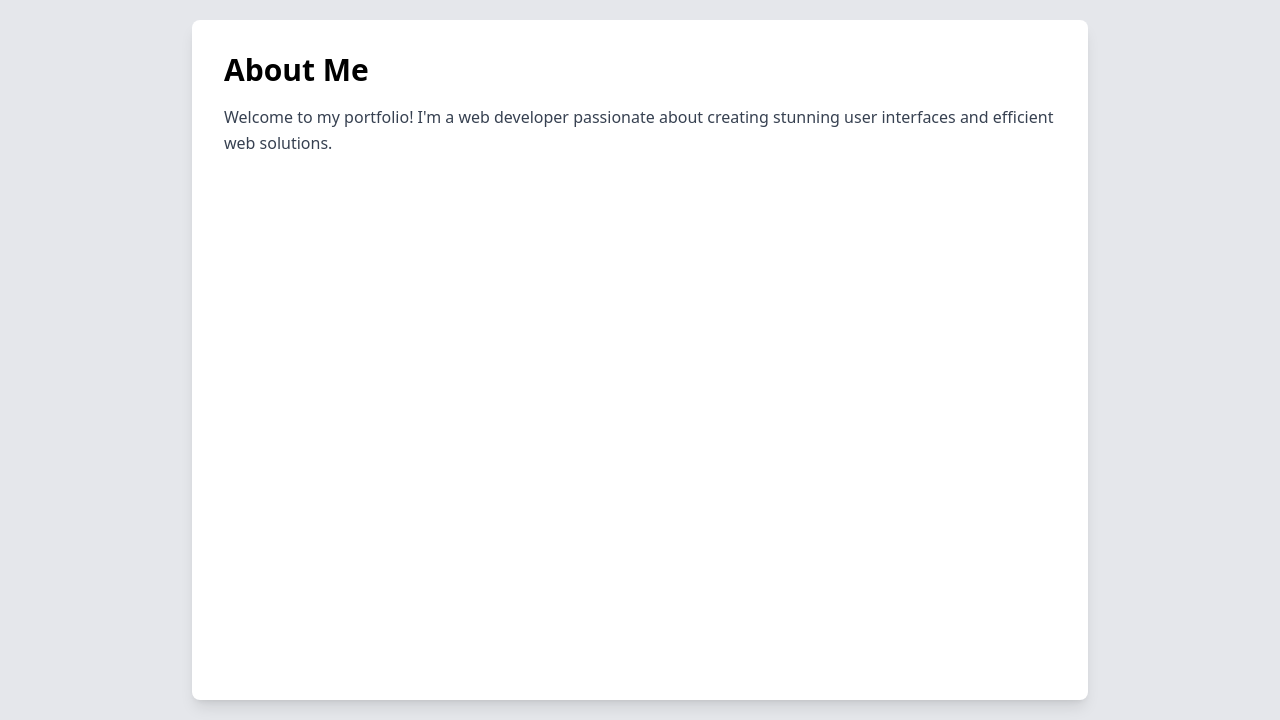
Repository: NikuMoradi/niku-moradi
Page: /
The author's editor kept a copy of each file at every save. The page is drawn from the files as they stood at one save, then again after the next save.
The browser window is 1280 px wide. The pictures show the whole page.
The project was rebuilt for these pictures with package versions that can differ from the ones it lists, and the page was loaded fresh each time. The framework's server and built-in components were replaced by stand-ins that run in the browser. Also part of the build but not shown: nuxt.config.ts, components/Blog Posts/Component-Design.vue, components/Blog.vue, components/Contact.vue, components/Education.vue, components/Experience.vue, components/Hero.vue, components/LeftPanel.vue and 4 more.

Above is the page before, as saved 2024-11-29 09:04:02.

### assets/css/main.css
@tailwind base;
@tailwind components;
@tailwind utilities;

body {
  /* From https://css.glass */
  background: #ffffff;
}

@layer utilities {
  .panel-bg {
    background-color: blanchedalmond;
  }
}

### layouts/default.vue
<template>
  <div class="flex justify-center items-center min-h-screen bg-gray-200 px-4">
    <!-- Fixed Width Centered Card -->
    <div
      class="bg-white rounded-lg shadow-lg w-full max-w-4xl overflow-hidden"
      style="height: calc(100vh - 40px)"
    >
      <!-- Scrollable Content -->
      <div class="overflow-y-auto h-full">
        <NuxtPage />
      </div>
    </div>
  </div>
</template>

<style>
/* Add any custom global styles here */
body {
  background: linear-gradient(to bottom, #f0f0f0, #d0d0d0);
}
</style>

### app.vue
<!-- The app.vue is just holding the layout container and serving as the root.
 The default.vue layout handles the overall structure of the page.
All content from your pages will automatically be placed inside the NuxtPage slot of the layout.-->
<template>
  <NuxtLayout />
</template>

### pages/index.vue
<template>
  <div class="p-8">
    <h1 class="text-3xl font-bold mb-4">About Me</h1>
    <p class="text-gray-700 leading-relaxed">
      Welcome to my portfolio! I'm a web developer passionate about creating
      stunning user interfaces and efficient web solutions.
    </p>
  </div>
</template>

Loaded but not shown: tailwind.config.js (common file); plugins/aos.client.js (no copy from this time; the picture is the same without it)

After the next save:
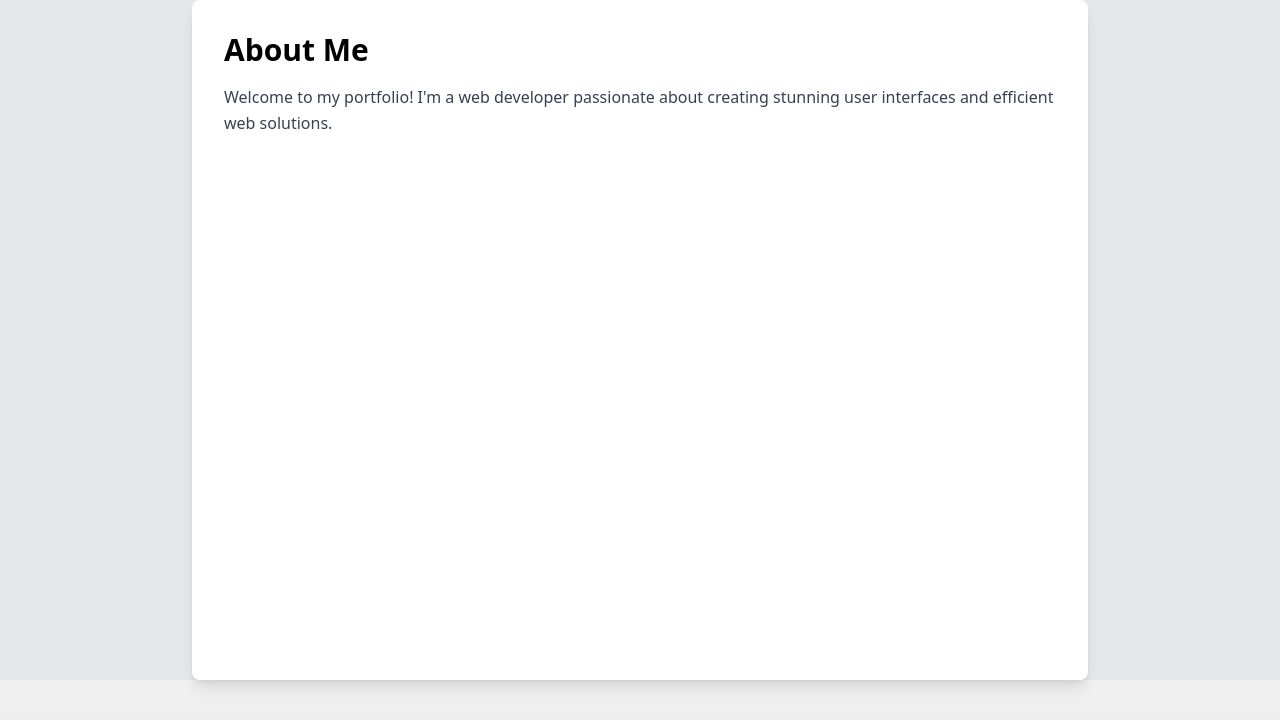
Saved 2 min 13 s later.
--- a/layouts/default.vue
+++ b/layouts/default.vue
@@ -1,5 +1,5 @@
 <template>
-  <div class="flex justify-center items-center min-h-screen bg-gray-200 px-4">
+  <div class="flex justify-center items-center bg-gray-200 px-4">
     <!-- Fixed Width Centered Card -->
     <div
       class="bg-white rounded-lg shadow-lg w-full max-w-4xl overflow-hidden"

After the save that followed:
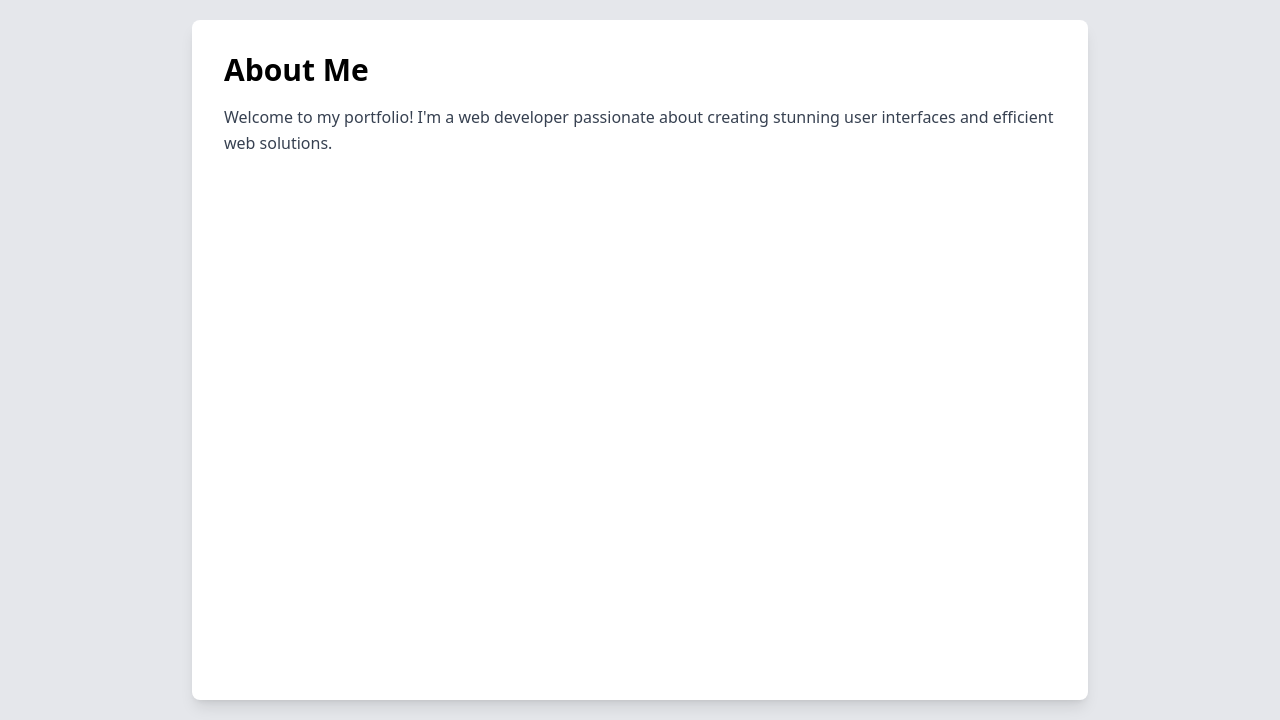
Saved 6 s later.
--- a/layouts/default.vue
+++ b/layouts/default.vue
@@ -1,5 +1,5 @@
 <template>
-  <div class="flex justify-center items-center bg-gray-200 px-4">
+  <div class="flex justify-center items-center min-h-screen bg-gray-200 px-4">
     <!-- Fixed Width Centered Card -->
     <div
       class="bg-white rounded-lg shadow-lg w-full max-w-4xl overflow-hidden"
